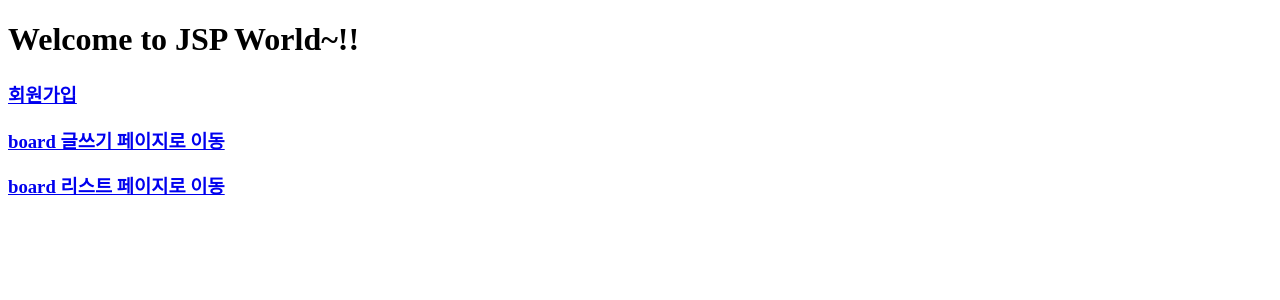
Repository: dtkd19/jsp-jstl_241022
Page: http://localhost/jsp_study/
These files come from the project's save history. The page is drawn as it stood at one moment and after the next save; the edit follows.
The browser window is 1280 px wide. The pictures show the whole page.
The page is served by Tomcat 9. Other server files are loaded and not shown.

Above is the page before, as saved 2024-10-25 01:50:32.

### jsp_study/src/main/webapp/index.jsp
<%@ page language="java" contentType="text/html; charset=UTF-8"
    pageEncoding="UTF-8"%>
<!DOCTYPE html>
<html>
<head>
<meta charset="UTF-8">
<title>Insert title here</title>
</head>
<body>
	<h1>Welcome to JSP World~!!</h1>
	<h3><a href="/mem/jojn">회원가입</a></h3>

	<!-- jsp의 모든경로는 controller로 이동하게 해야함. -->
	<h3><a href="/brd/register">board 글쓰기 페이지로 이동</a></h3>
	<h3><a href="/brd/list">board 리스트 페이지로 이동</a></h3>

</body>
</html>

After the next save:
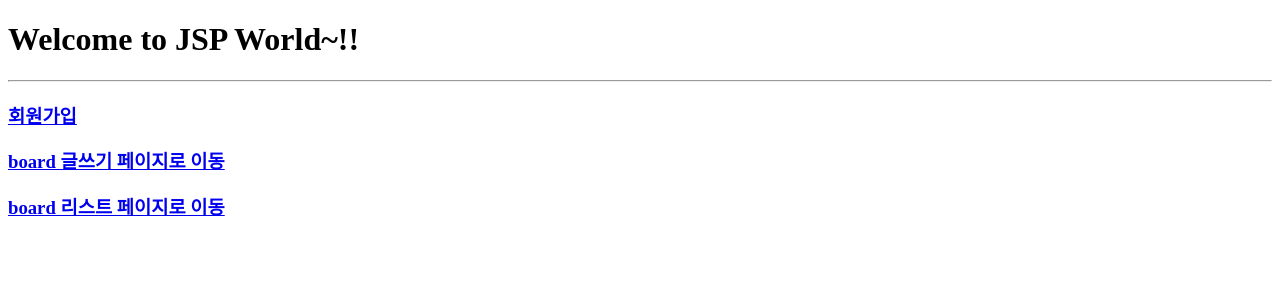
Saved 20 s later.
--- a/jsp_study/src/main/webapp/index.jsp
+++ b/jsp_study/src/main/webapp/index.jsp
@@ -8,6 +8,7 @@
 </head>
 <body>
 	<h1>Welcome to JSP World~!!</h1>
+	<hr>
 	<h3><a href="/mem/jojn">회원가입</a></h3>
 
 	<!-- jsp의 모든경로는 controller로 이동하게 해야함. -->
